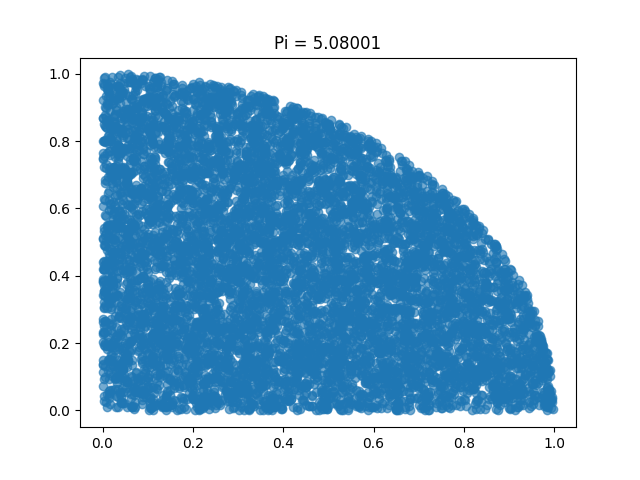
Repository: Nordenbox/Nordenbox_Python_Fundmental
Script's output: python Python_test.py
The author's editor kept a copy of each file at every save. The script's output is drawn from the files as they stood at one save, then again after the next save.
Random numbers start from a fixed seed.

Above is the script's output before, as saved 2021-01-03 20:52:03.

After the next save:
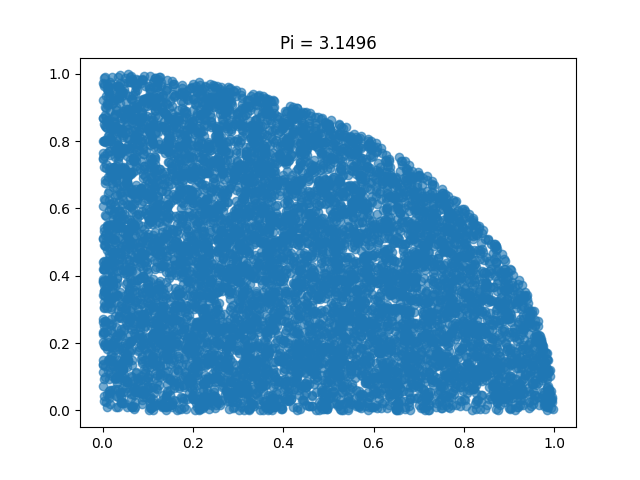
Saved 109 s later.
--- a/Python_test.py
+++ b/Python_test.py
@@ -11,8 +11,8 @@ for i in range(10000):
         x.append(m)
         y.append(n)
     else:
-        s+=1
+        pass
 
 plt.scatter(x,y,alpha = 0.62)
-plt.title('Pi = {:.7}'.format(4*(s+len(x))/len(x)))
+plt.title('Pi = {:.7}'.format(4*(len(x))/10000))
 plt.show()
